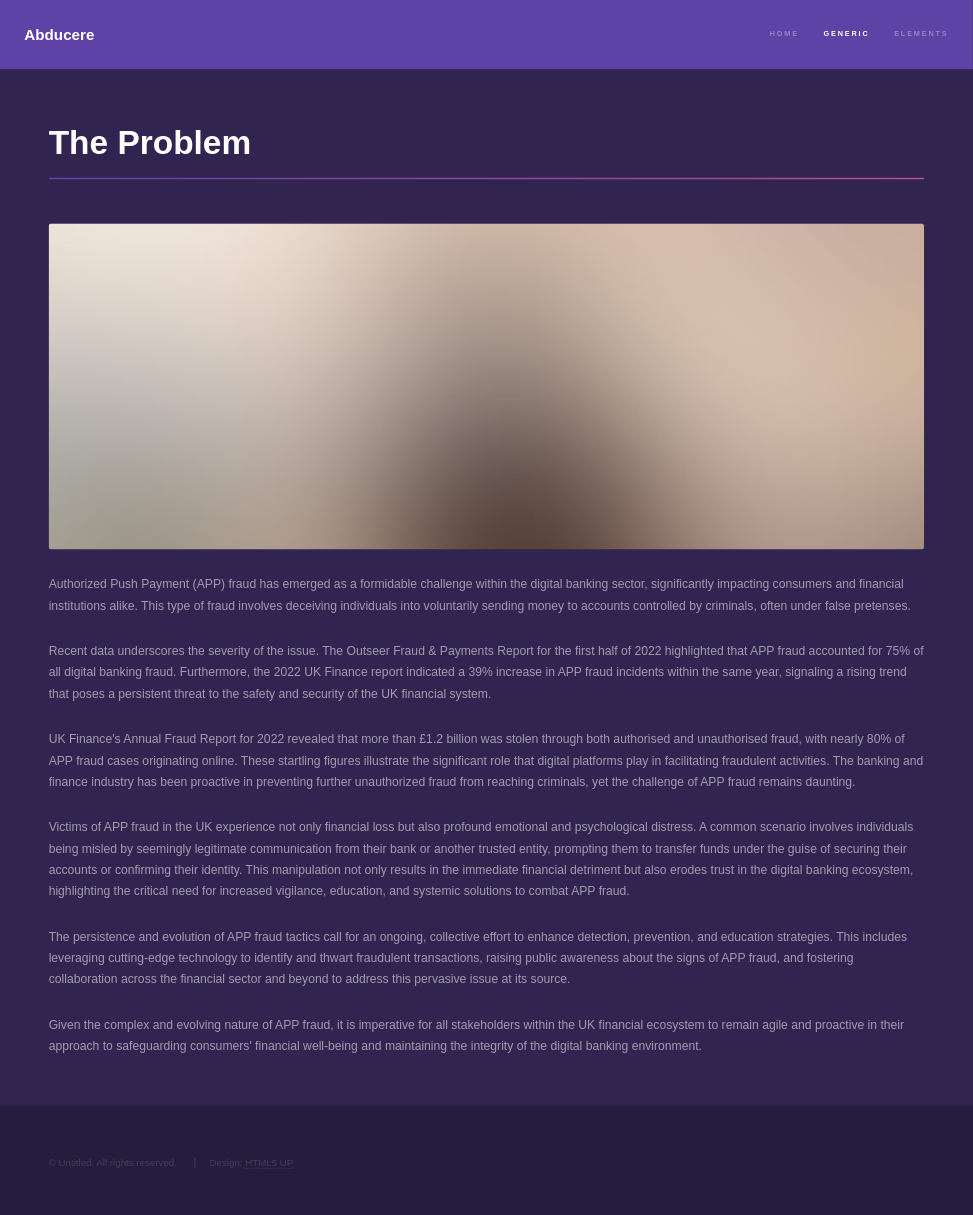
Repository: nocnoc94/nocnoc94.github.io
Page: the-problem.html
These files come from the project's save history. The page is drawn as it stood at one moment and after the next save; the edit follows.
The browser window is 1280 px wide. The pictures show the whole page, at 76% of full size.

Above is the page before, as saved 2024-02-21 23:18:09.

### the-problem.html
<!DOCTYPE HTML>
<!--
	Hyperspace by HTML5 UP
	html5up.net | @ajlkn
	Free for personal and commercial use under the CCA 3.0 license (html5up.net/license)
-->
<html>

<head>
	<title>Abducere - The Problem</title>
	<meta charset="utf-8" />
	<meta name="viewport" content="width=device-width, initial-scale=1, user-scalable=no" />
	<link rel="stylesheet" href="/static/css/main.css" />
	<noscript>
		<link rel="stylesheet" href="/static/css/noscript.css" />
	</noscript>
</head>

<body class="is-preload">

	<!-- Header -->
	<header id="header">
		<a href="index.html" class="title">Abducere</a>
		<nav>
			<ul>
				<li><a href="index.html">Home</a></li>
				<li><a href="generic.html" class="active">Generic</a></li>
				<li><a href="elements.html">Elements</a></li>
			</ul>
		</nav>
	</header>

	<!-- Wrapper -->
	<div id="wrapper">

		<!-- Main -->
		<section id="main" class="wrapper">
			<div class="inner">
				<h1 class="major">The Problem</h1>
				<span class="image fit"><img src="/static/images/pic04.jpg" alt="" /></span>
				<p>Authorized Push Payment (APP) fraud has emerged as a formidable challenge within the
					digital banking sector, significantly impacting consumers and financial institutions alike. This
					type of fraud involves deceiving individuals into voluntarily sending money to accounts controlled
					by criminals, often under false pretenses.
				</p>
				<p>Recent data underscores the severity of the issue. The Outseer Fraud & Payments Report for the first
					half of 2022 highlighted that APP fraud accounted for 75% of all digital banking fraud. Furthermore,
					the 2022 UK Finance report indicated a 39% increase in APP fraud incidents within the same year,
					signaling a rising trend that poses a persistent threat to the safety and security of the UK
					financial system.
				</p>
				<p>UK Finance's Annual Fraud Report for 2022 revealed that more than £1.2 billion was stolen through
					both authorised and unauthorised fraud, with nearly 80% of APP fraud cases originating online. These
					startling figures illustrate the significant role that digital platforms play in facilitating
					fraudulent activities. The banking and finance industry has been proactive in preventing further
					unauthorized fraud from reaching criminals, yet the challenge of APP fraud remains
					daunting.
				</p>
				<p>Victims of APP fraud in the UK experience not only financial loss but also profound emotional and
					psychological distress. A common scenario involves individuals being misled by seemingly legitimate
					communication from their bank or another trusted entity, prompting them to transfer funds under the
					guise of securing their accounts or confirming their identity. This manipulation not only results in
					the immediate financial detriment but also erodes trust in the digital banking ecosystem,
					highlighting the critical need for increased vigilance, education, and systemic solutions to combat
					APP fraud.
				</p>
				<p>The persistence and evolution of APP fraud tactics call for an ongoing, collective effort to enhance
					detection, prevention, and education strategies. This includes leveraging cutting-edge technology to
					identify and thwart fraudulent transactions, raising public awareness about the signs of APP fraud,
					and fostering collaboration across the financial sector and beyond to address this pervasive issue
					at its source.
				</p>
				<p>Given the complex and evolving nature of APP fraud, it is imperative for all stakeholders within the
					UK financial ecosystem to remain agile and proactive in their approach to safeguarding consumers'
					financial well-being and maintaining the integrity of the digital banking environment.
				</p>
			</div>
		</section>

	</div>

	<!-- Footer -->
	<footer id="footer" class="wrapper alt">
		<div class="inner">
			<ul class="menu">
				<li>&copy; Untitled. All rights reserved.</li>
				<li>Design: <a href="http://html5up.net">HTML5 UP</a></li>
			</ul>
		</div>
	</footer>

	<!-- Scripts -->
	<script src="/static/js/jquery.min.js"></script>
	<script src="/static/js/jquery.scrollex.min.js"></script>
	<script src="/static/js/jquery.scrolly.min.js"></script>
	<script src="/static/js/browser.min.js"></script>
	<script src="/static/js/breakpoints.min.js"></script>
	<script src="/static/js/util.js"></script>
	<script src="/static/js/main.js"></script>

</body>

</html>

Loaded but not shown: static/js/jquery.min.js (library); static/js/jquery.scrollex.min.js (common file); static/css/fontawesome-all.min.css (library); static/js/jquery.scrolly.min.js (common file); static/js/browser.min.js (common file); static/js/breakpoints.min.js (common file); static/js/util.js (587 lines, source omitted); static/js/main.js (190 lines, source omitted); static/css/main.css (3909 lines, source omitted)

After the next save:
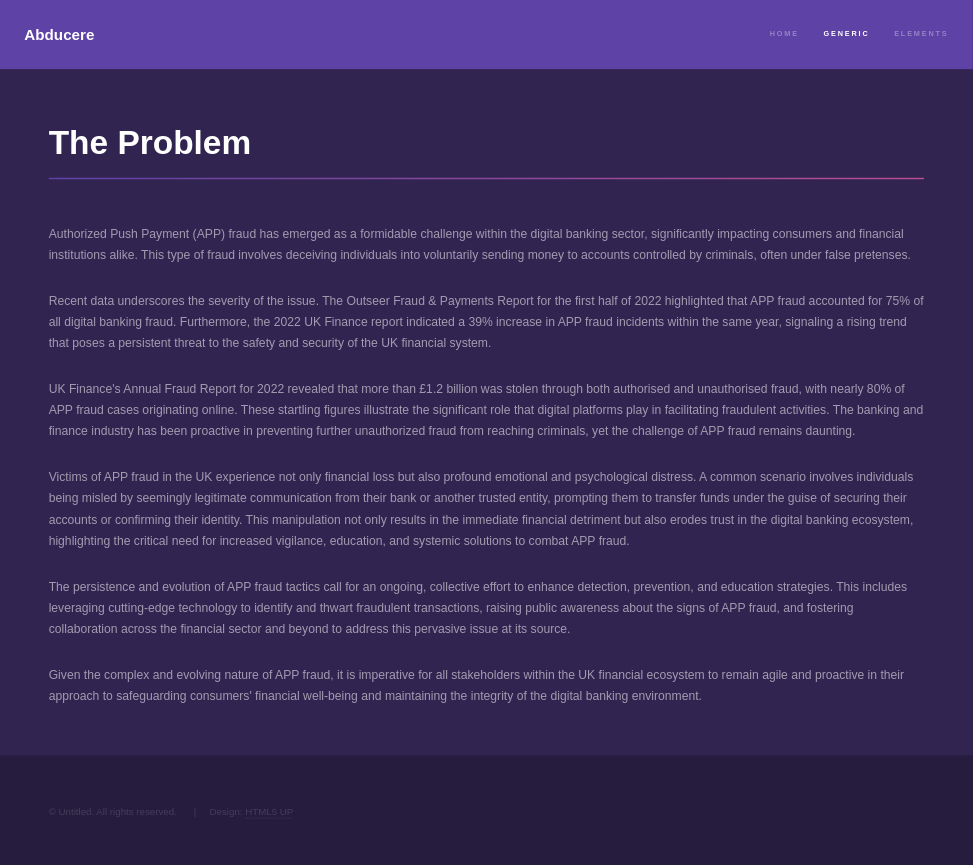
Saved 44 s later.
--- a/the-problem.html
+++ b/the-problem.html
@@ -37,7 +37,7 @@
 		<section id="main" class="wrapper">
 			<div class="inner">
 				<h1 class="major">The Problem</h1>
-				<span class="image fit"><img src="/static/images/pic04.jpg" alt="" /></span>
+				<!-- <span class="image fit"><img src="/static/images/pic04.jpg" alt="" /></span> -->
 				<p>Authorized Push Payment (APP) fraud has emerged as a formidable challenge within the
 					digital banking sector, significantly impacting consumers and financial institutions alike. This
 					type of fraud involves deceiving individuals into voluntarily sending money to accounts controlled
